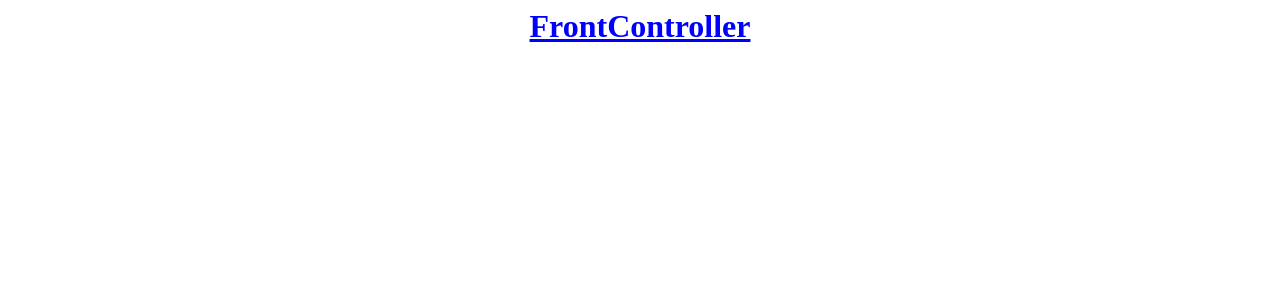
Repository: MDWASIMHAIDER/SpringMvc
Page: Ntsp711/MVC-Proj-1st-FrontController-Handler/WebContent/Index.html
An editor plug-in stored every save of this project. The page is shown before and after the next save, followed by the edit.
The browser window is 1280 px wide. The pictures show the whole page.

Above is the page before, as saved 2019-06-30 11:46:42.

After the next save:
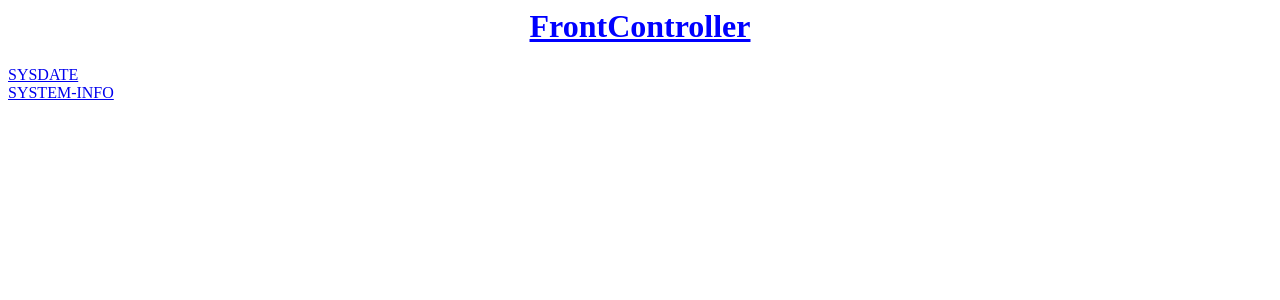
Saved 2 min 52 s later.
--- a/Ntsp711/MVC-Proj-1st-FrontController-Handler/WebContent/Index.html
+++ b/Ntsp711/MVC-Proj-1st-FrontController-Handler/WebContent/Index.html
@@ -1 +1,3 @@
 <h1 style="color:blue;text-align:center"><u>FrontController</u></h1>
+<a href="SytemDate.jsp">SYSDATE</a><br>
+<a href="SystemInfo.jsp">SYSTEM-INFO</a>
